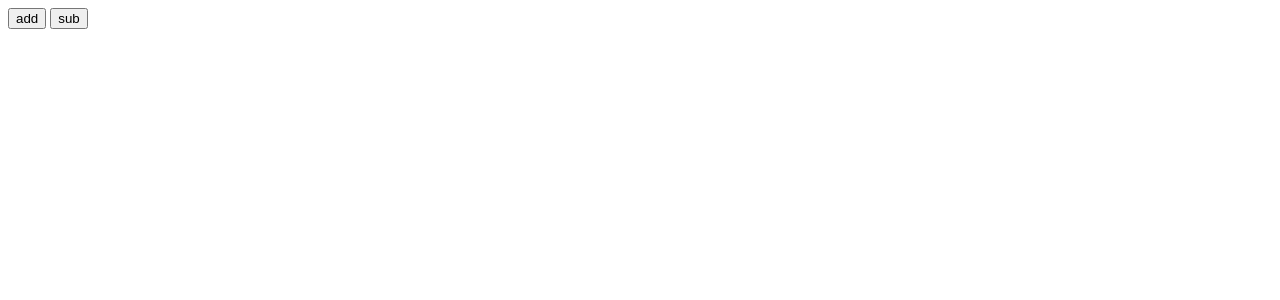
Repository: pawanpediredla/i4
Page: closures/counter-app/index.html
The author's editor kept a copy of each file at every save. The page is drawn from the files as they stood at one save, then again after a run of saves.
The browser window is 1280 px wide. The pictures show the whole page.

Above is the page before, as saved 2024-07-03 12:03:21.

After the next 3 saves:
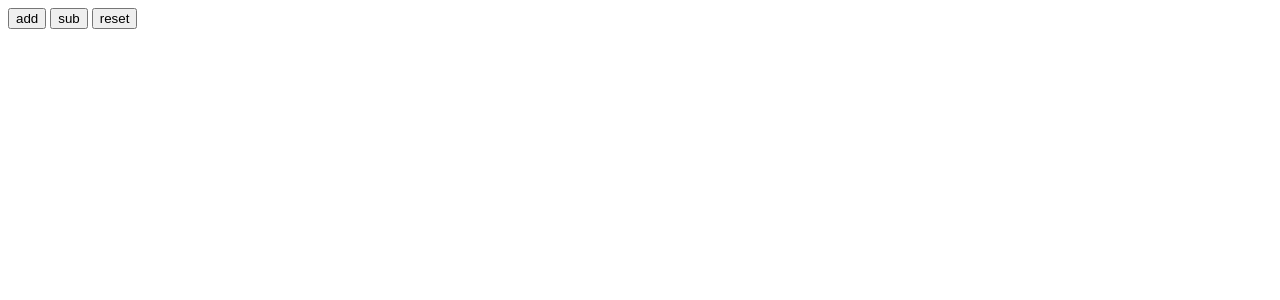
The 3 saves are shown as one change because they came seconds apart.
The last was saved 9 s later.
--- a/closures/counter-app/index.html
+++ b/closures/counter-app/index.html
@@ -10,9 +10,11 @@
     <button id="increment">
         add
     </button>
-    <button id="increment">
+    <button id="decrement">
         sub
     </button>
-
+    <button id="increment">
+        reset
+    </button>
 </body>
 </html>
